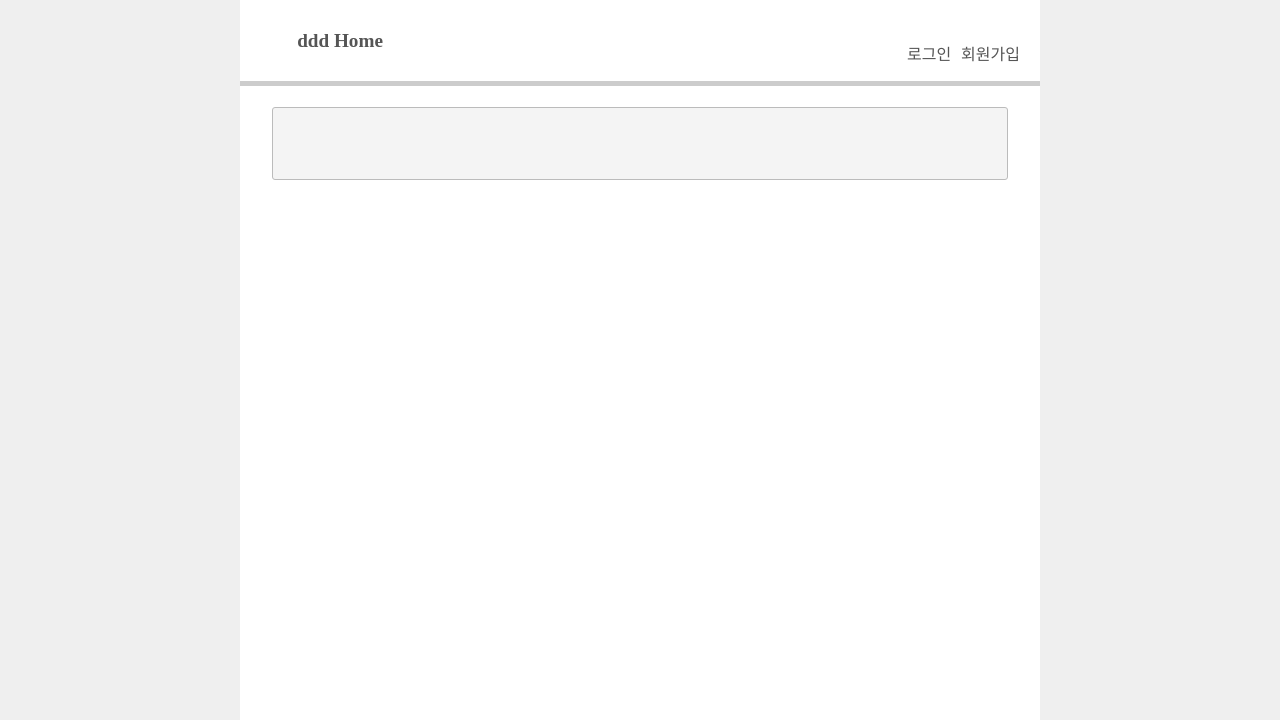
Repository: Deneb0000/JSP
Page: http://localhost/jspPro/days03/ex04.jsp
An editor plug-in stored every save of this project. The page is shown before and after the next save, followed by the edit.
The browser window is 1280 px wide. The pictures show the whole page.
Some web fonts or font styles are not loaded; a fallback is used. The page is served by Tomcat 9. Other server files are loaded and not shown.

Above is the page before, as saved 2024-10-17 05:25:52.

### jspPro/src/main/webapp/days03/ex04.jsp
<%@ page contentType="text/html; charset=UTF-8" pageEncoding="UTF-8"%>
<!DOCTYPE html>
<html>
<head>
<meta charset="UTF-8">
<title>Insert title here</title>
<link rel="shortcut icon" type="image/x-icon" href="http://localhost/jspPro/images/SiSt.ico">
<script src="https://ajax.googleapis.com/ajax/libs/jquery/3.7.1/jquery.min.js"></script>
<meta name="viewport" content="width=device-width, initial-scale=1.0">
<meta name="google" content="notranslate">
<link rel="stylesheet" href="http://localhost/jspPro/resources/cdn-main/example.css">
<script src="http://localhost/jspPro/resources/cdn-main/example.js"></script>
<style>
 span.material-symbols-outlined{
    vertical-align: text-bottom;
 }
</style>
</head>
<body>
<header>
  <h1 class="main"><a href="#" style="position: absolute;top:30px;">ddd Home</a></h1>
  <ul>
    <li><a href="#">로그인</a></li>
    <li><a href="#">회원가입</a></li>
  </ul>
</header>
<div>
  <xmp class="code">

  </xmp>
</div>
</body>
</html>

### jspPro/src/main/webapp/resources/cdn-main/example.css
@charset "UTF-8";

@import url('https://fonts.googleapis.com/css2?family=Material+Symbols+Outlined:opsz,wght,FILL,GRAD@20..48,100..700,0..1,-50..200');

@font-face {
    font-family: 'GmarketSansMedium';
    src: url('https://cdn.jsdelivr.net/gh/projectnoonnu/noonfonts_2001@1.1/GmarketSansMedium.woff') format('woff');
    font-weight: normal;
    font-style: normal;
}

:root {
	--text-color: #555;
	--sub-text-color: #777;
	--back-color: #EFEFEF;
	--header-color: #444;
	--primary-color: #DEDEDE;
	--secondary-color: #EFEFEF;
	--default-width: 800px;
	--narrow-width: 500px;
	--wide-width: 1200px;
	--text-font: 'GmarketSansMedium';
	--icon-font: 'Material Symbols Outlined';
	--border-color: #CCC;
}

html, body {
	margin: 0;
	padding: 0;
}

html {
	background-color: var(--back-color);
	display: flex;
	justify-content: center;
	min-height: 100vh;
}

body, body.default {
	width: var(--default-width);
	background-color: white;
	padding-bottom: 120px;
}

body.wide {
	width: var(--wide-width);
}

body.narrow {
	width: var(--narrow-width);
}



body, p, div, span, a, input, select, option, textarea, button, table, th, td, label, fieldset, legend {
	font-family: var(--text-font);
	color: var(--text-color);
}

h1, h2, h3 {
	font-family: var(--text-font);
	color: var(--header-color);
	padding: 0 1rem;
	padding-top: .5rem;
}

div > h1, div > h2, div > h3 {
	padding: 0;
}

body > div, body > main > div {
	padding: 0.3rem 1rem;
}


h1 { font-size: 2rem; border-bottom: 1px solid var(--border-color); }
h1 small { font-size: 1.2rem; color: var(--sub-text-color); }
h2 { font-size: 1.5rem; border-bottom: 1px dashed var(--border-color); }
h2 small { font-size: 1.1rem; color: --sub-text-color; }
h3 { font-size: 1.2rem; }
h3 small { font-size: 1rem; color: --sub-text-color; }



h1.main::before {
	font-family: var(--icon-font);
  	content: '\e666';
  	margin-right: 10px;
  	float: left;
	font-size: 2.5rem;
}

h1.sub::before {
	font-family: var(--icon-font);
  	content: '\ea19';
  	margin-right: 10px;
  	float: left;
	font-size: 2.5rem;
}


h1.page::before {
	font-family: var(--icon-font);
  	content: '\e0e0';
  	margin-right: 10px;
  	float: left;
	font-size: 2.5rem;
}

body > header > ul > li > .active{
	background-color: #FFF;
	color:#F00;
}

body > header {
	display: flex;
	justify-content: space-between;
	border-bottom: 5px solid var(--border-color);
	min-height: 74px;
	background-color: #FFF;
}

body > header.sticky {
	position: sticky;
	top: 0;
	z-index: 98;
}

body > header > h1 {
	font-size: 1.2rem;
	border: 0;
}

body > header.in > h1::before {
	font-family: var(--icon-font);
  	content: '\e332‥';
  	margin-right: 3px;
  	float: left;
	font-size: 2rem;
}


body > header > ul {
	list-style-type: none;
	display: flex;
	align-items: flex-end;
	margin-right: 10px;
}

body > header > ul > li {
	margin-right: 10px;
	cursor: pointer;
}

body > header > ul > li > a {
	cursor: pointer;
}


form {
	display: block;
}

form > div {
	padding: 0.3rem 1rem;
}

div > form > div {
	padding: 0.3rem 0;
}

input, textarea, button, select {
	border: 1px solid #BBB;
	border-radius: 3px;
	outline: none;
	resize: none;
	padding: 7px;
	margin: 0;
}

input[type=text]:read-only, textarea:read-only {
	cursor: not-allowed;
	background-color: #FFF;
}

input[type=text]:disabled, textarea:disabled {
	cursor: not-allowed;
	background-color: #EEE;
}

input[type=text], input[type=password], textarea, button, select {
	/* width: 300px; */
}

textarea {
	display: block;
	height: 100px;
}

input[type=button], input[type=submit], button {
	/* width: inherit; */
}

input.short, textarea.short, button.short, select.short {
	width: 100px;
}

input.long, textarea.long, button.long, select.long {
	width: 350px;
}

.narrow input.long, .narrow textarea.long, .narrow button.long, .narrow select.long {
	width: calc(100% - 20px);
}

input.full, textarea.full, button.full, select.full {
	width: calc(100% - 20px);
}

textarea.short {
	height: 50px;
}

textarea.long {
	height: 100px;
}

textarea.full {
	height: 200px;
}

input, textarea {
	padding-top: 8px;
}

input[type=button], input[type=submit], button {
	padding: 5px 10px;
	background-color: var(--secondary-color);
	cursor: pointer;
	min-height: 36px;
}

input[type=button].primary, input[type=submit].primary, button.primary {
	/* background-color: rgba(100, 149, 237, .2); */
	background-color: var(--primary-color);
}

input[type=button].primary:hover, input[type=submit].primary:hover, button.primary:hover {
	/* background-color: rgba(100, 149, 237, .3); */
	background-color: var(--secondary-color);
}

input[type=button]:hover, input[type=submit]:hover, button:hover {
	background-color: var(--primary-color);
}

button {
	position: relative;
	left: 0;
	top: 0;
	padding-left: 35px;
}

button .material-symbols-outlined {
	position: absolute;
	left: 10px;
	top: 4px;
}

/* k2nik add */
button.login::before {
	font-family: var(--icon-font);
  	content: '\ea77';
	position: absolute;
	left: 11px;
	top: 4px;
	font-size: 1.25rem;
}

/* k2nik logout */
button.logout::before {
	font-family: var(--icon-font);
  	content: '\e9ba';
	position: absolute;
	left: 11px;
	top: 4px;
	font-size: 1.25rem;
}

/* k2nik help */
button.help::before {
	font-family: var(--icon-font);
  	content: '\f1c0';
	position: absolute;
	left: 11px;
	top: 4px;
	font-size: 1.25rem;
}

button.add::before{
	font-family: var(--icon-font);
  	content: '\e746';
	position: absolute;
	left: 11px;
	top: 4px;
	font-size: 1.25rem;
}

button.back::before {
	font-family: var(--icon-font);
  	content: '\e166';
	position: absolute;
	left: 11px;
	top: 4px;
	font-size: 1.25rem;
}

button.list::before {
	font-family: var(--icon-font);
  	content: '\e0ee';
	position: absolute;
	left: 11px;
	top: 4px;
	font-size: 1.25rem;
}


button.del::before {
	font-family: var(--icon-font);
  	content: '\e872';
	position: absolute;
	left: 11px;
	top: 4px;
	font-size: 1.25rem;
}


button.edit::before {
	font-family: var(--icon-font);
  	content: '\e745';
	position: absolute;
	left: 11px;
	top: 4px;
	font-size: 1.25rem;
}


button.login::before {
	font-family: var(--icon-font);
  	content: '\ea77';
	position: absolute;
	left: 11px;
	top: 4px;
	font-size: 1.25rem;
}


button.logout::before {
	font-family: var(--icon-font);
  	content: '\e9ba';
	position: absolute;
	left: 11px;
	top: 4px;
	font-size: 1.25rem;
}


button.in::before {
	font-family: var(--icon-font);
  	content: '\f71a';
	position: absolute;
	left: 11px;
	top: 4px;
	font-size: 1.25rem;
}


button.out::before {
	font-family: var(--icon-font);
  	content: '\f70e';
	position: absolute;
	left: 11px;
	top: 4px;
	font-size: 1.25rem;
}


button.reply::before {
	font-family: var(--icon-font);
  	content: '\e15e';
	position: absolute;
	left: 11px;
	top: 4px;
	font-size: 1.25rem;
}


button.comment::before {
	font-family: var(--icon-font);
  	content: '\e0b9';
	position: absolute;
	left: 11px;
	top: 4px;
	font-size: 1.25rem;
}


button.modal::before {
	font-family: var(--icon-font);
  	content: '\e89e';
	position: absolute;
	left: 11px;
	top: 4px;
	font-size: 1.25rem;
}


button.ok::before {
	font-family: var(--icon-font);
  	content: '\e86c';
	position: absolute;
	left: 11px;
	top: 4px;
	font-size: 1.25rem;
}


button.cancel::before {
	font-family: var(--icon-font);
  	content: '\e5c9';
	position: absolute;
	left: 11px;
	top: 4px;
	font-size: 1.25rem;
}

button.search::before {
	font-family: var(--icon-font);
  	content: '\e8b6';
	position: absolute;
	left: 11px;
	top: 4px;
	font-size: 1.25rem;
}

button.home::before {
	font-family: var(--icon-font);
  	content: '\e88a';
	position: absolute;
	left: 11px;
	top: 4px;
	font-size: 1.25rem;
}


button.sidebar::before {
	font-family: var(--icon-font);
  	content: '\f7e4';
	position: absolute;
	left: 11px;
	top: 4px;
	font-size: 1.25rem;
}


button.sidebar-right::before {
	font-family: var(--icon-font);
  	content: '\f7e5';
	position: absolute;
	left: 11px;
	top: 4px;
	font-size: 1.25rem;
}




button::before {
	font-family: var(--icon-font);
  	content: '\e323';
	position: absolute;
	left: 11px;
	top: 4px;
	font-size: 1.25rem;
}


table {
	border-collapse: collapse;
	margin: 1rem;
	box-sizing: border-box;
	width: calc(100% - 32px);
}

table.content {
	width: auto;
}

div > table {
	margin: 0;
}

table th, table td {
	border: 1px solid var(--border-color);
	padding: 7px;
	font-weight: normal;
}

table th {
	background-color: var(--back-color);
}

table.vertical th {
	width: 150px;
}

table.vertical td {
	width: calc(100% - 182px);
	padding-left: 10px;
}

table.content td, table.content th {
	width: auto;
}

body.narrow table.vertical th {
	width: 100px;
}

body.narrow table.vertical td {
	width: calc(100% - 182px);
}


table + table {
	margin-top: 30px;
}


p {
	padding: 0 1rem;
}

a {
	text-decoration: none;
}

a:hover {
	color: rgba(255, 99, 71, .7);
}

hr {
	border: 0;
	border-top: 1px solid var(--border-color);
	margin: 2rem 0;
}

.message {
	border: 1px solid var(--border-color);
	background-color: #EFEFEF;
	margin: 1rem;
	width: auto;
	padding-top: 10px;
	padding-bottom: 10px;
	font-size: 14px;
}

.message[title]::before {
	content: attr(title);
	display: block;
	border-bottom: 1px solid var(--border-color);
	padding-bottom: 5px;
	margin-bottom: 10px;
	margin-top: 7px;
}

.message.short {
	max-width: 250px;
}

.message.long {
	max-width: 500px;
}

.badge {
	float: right;
	font-size: .8rem;
	margin-top: 2px;
	margin-right: 2px;
	text-shadow: 0 0 7px gray;
}

.badge.left {
	float: none;
	margin-left: 2px;
}

.badge.right {
	float: right;
}

.badge.red {
	border-radius: 50%;
	padding: 2px 5px;
	background-color: rgb(255, 99, 71, .3);
}

.badge.yellow {

	border-radius: 50%;
	padding: 2px 5px;
	background-color: rgb(255, 215, 0, .5);
}

.badge.blue {
	border-radius: 50%;
	padding: 2px 5px;
	background-color: rgb(100, 149, 237, .3);
}

label + label {
	margin-left: 7px;
}

label input[type=checkbox], label input[type=radio] {
	transform: translate(0, 1px);
}

.group {
	display: flex;
}

.modal-content .group {
	margin-bottom: .5rem;
}

.group label {
	border: 1px solid #BBB;
	border-radius: 3px;
	outline: none;
	resize: none;
	padding: 7px 14px;
	margin: 0;
	border-top-right-radius: 0;
	border-bottom-right-radius: 0;
	background-color: #EFEFEF;
	white-space: nowrap;
	font-size: 14px;
}

.group input[type=text] {
	margin-left: -1px;
	border-top-left-radius: 0;
	border-bottom-left-radius: 0;
}

.group select {
	margin-left: -1px;
	border-top-left-radius: 0;
	border-bottom-left-radius: 0;
}

.group input.full[type=text] {
	margin-left: -1px;
	border-top-left-radius: 0;
	border-bottom-left-radius: 0;
	width: 100%;
}

.group input[type=button]:first-child, .group button:first-child {
	border-top-left-radius: 3px;
	border-bottom-left-radius: 3px;
	margin-left: 0px;
}

.group input[type=button], .group button {
	border-radius: 0;
	margin-left: -1px;
}

.group input[type=button]:last-child, .group button:last-child {
	margin-left: -1px;
	border-top-right-radius: 3px;
	border-bottom-right-radius: 3px;
}

.seperate {
	display: flex;
	justify-content: space-between;
}

div.list {
	width: max-content;
	margin: 1rem;
	border: 1px solid #BBB;
	border-radius: 3px;
	padding: 0;
}

div.list.full {
	width: auto;
	display: block;
	margin: 1rem;
	border: 1px solid #BBB;
	border-radius: 3px;
	padding: 0;
}

div.list > div {
	padding: .5rem 1rem;
	margin: 0;
	border-bottom: 1px solid #BBB;
}

div.list > div:last-child {
	border-bottom: 0;
}

pre.code , xmp.code{
	font-family: consols;
	background-color: rgba(150, 150, 150, .1);
	border: 1px solid #BBB;
	border-radius: 3px;
	padding: .5rem 1rem;
	padding-bottom: .6rem;
	margin: 1rem;
}




*[data-modal-window] {
	position: fixed;
	background-color: rgba(0, 0, 0, .3);
	left: 0;
	top: 0;
	display: none;
	justify-content: center;
	align-items: flex-start;
	width: 100%;
	min-height: 100vh;
	z-index: 100;
	opacity: 0;
	transition: 500ms all;
}

*[data-modal-window] .modal-container {
	border-radius: 5px;
	padding: 1rem;
	padding-bottom: .5rem;
	margin-top: -500px;
	opacity: 0;
	width: 500px;
	background-color: #FFF;
	margin-right: 2rem;
	transition: 500ms all;
}

*[data-modal-size=content] .modal-container {
	width: auto;
}

*[data-modal-size=narrow] .modal-container {
	width: 300px;
}

*[data-modal-size=wide] .modal-container {
	width: 760px;
}


*[data-modal-window] .modal-header {
	border-bottom: 1px solid var(--border-color);
	padding: 2px 5px;
}

*[data-modal-window] .modal-content {
	padding: 1rem 5px;
}

*[data-modal-window] .modal-content div:last-child {
	margin-top: 1rem;
	text-align: right;
}



*[data-sidebar-window] {
	position: fixed;
	background-color: #FFF;
	left: 0;
	top: 0;
	display: block;
	width: 300px;
	border-right: 1px solid var(--border-color);
	box-sizing: border-box;
	box-shadow: 0 0 3px var(--back-color);
	min-height: 100vh;
	z-index: 99;
	transform: translate(-300px, 0);
	transition-duration: 500ms;
	transition-property: transform;
}

*[data-sidebar-direction=right] {
	left: auto;
	right: 0;
	transform: translate(300px, 0);
	border-left: 1px solid var(--border-color);
}

*[data-sidebar-size=wide] {
	width: 500px;
	transform: translate(-500px, 0);
}

*[data-sidebar-window] .sidebar-title {
	border-bottom: 1px solid var(--border-color);
	margin-top: 20px;
	margin-bottom: 20px;
	padding-bottom: 5px;
	display: flex;
	justify-content: space-between;
}

*[data-sidebar-window] .sidebar-title span:last-child {
	cursor: pointer;
}


/* K2Nik pagination */
.center {
  text-align: center;
}

.pagination {
  display: inline-block;
}

.pagination a {
  color: black;
  float: left;
  padding: 3px 6px;
  text-decoration: none;
  transition: background-color .3s;
  border: 1px solid #ddd;
  margin: 0 3px;
}

.pagination a.active {
  background-color: #4CAF50;
  color: white;
  border: 1px solid #4CAF50;
}

.pagination a:hover:not(.active) {background-color: #ddd;}

### jspPro/src/main/webapp/resources/cdn-main/example.js

window.onload = () => {

    const list = document.querySelectorAll('input, textarea');

    list.forEach(item => {
        item.setAttribute('autocomplete', 'off');
    });


    const modal_btn_list = document.querySelectorAll('*[data-modal-button]');

    modal_btn_list.forEach(item => {
        item.onclick = function() {

            const name = this.dataset['modalButton'];
            const modal_window = document.querySelector('*[data-modal-window=' + name);

            const container = document.createElement('div');
            container.className = 'modal-container';



            const modal_header = document.createElement('div');
            modal_header.textContent = modal_window.dataset['modalTitle'];
            modal_header.className = 'modal-header';
            container.appendChild(modal_header);

            const modal_content = document.createElement('div');
            modal_content.className = 'modal-content';
            container.appendChild(modal_content);

            Array.from(modal_window.childNodes).forEach(item => {
                modal_content.appendChild(item);
            });

            modal_window.appendChild(container);

            modal_window.style.display = 'flex';

            setTimeout(() => {
                modal_window.style.opacity = 1;
                container.style.marginTop = '20px';
                container.style.opacity = 1;
            }, 50);


            const modal_ok = document.querySelector('*[data-modal-ok=' + name);
            modal_ok.addEventListener('click', function() {
                modal_window.style.opacity = 0;
                container.style.marginTop = '-500px';
                container.style.opacity = 0;

                setTimeout(() => {
                    modal_window.innerHTML = modal_content.innerHTML;
                    modal_window.style.display = 'none';
                }, 500);

            });

            const modal_cancel = document.querySelector('*[data-modal-cancel=' + name);
            modal_cancel.addEventListener('click', function() {

                modal_window.style.opacity = 0;
                container.style.marginTop = '-500px';
                container.style.opacity = 0;

                setTimeout(() => {
                    modal_window.innerHTML = modal_content.innerHTML;
                    modal_window.style.display = 'none';
                }, 500);
            });


        };
    });


    const sidebar_btn_list = document.querySelectorAll('*[data-sidebar-button]');

    sidebar_btn_list.forEach(item => {
        item.onclick = function() {



            const name = this.dataset['sidebarButton'];
            const sidebar_window = document.querySelector('*[data-sidebar-window=' + name);

            if (sidebar_window.style.transform == 'translate(0px, 0px)') return;



            sidebar_window.style.transform = 'translate(0, 0)';

            const sidebar_title = document.createElement('div');
            sidebar_title.className = 'sidebar-title';
            sidebar_title.innerHTML = '<span>' + sidebar_window.dataset['sidebarTitle'] + '</span><span class="material-symbols-outlined">close</span>';

            sidebar_title.children[1].onclick = function() {

                let sign = 1;
                let distance = 300;

                if (sidebar_window.dataset['sidebarDirection'] != 'right') {
                    sign = -1;
                } else {
                    sign = 1;
                }

                if (sidebar_window.dataset['sidebarSize'] != 'wide') {
                    distance = 300;
                } else {
                    distance = 500;
                }

                distance *= sign;

                sidebar_window.style.transform = 'translate(' + distance + 'px, 0)';

                setTimeout(function() {
                    sidebar_window.removeChild(sidebar_window.children[0]);
                }, 500);
            };


            sidebar_window.prepend(sidebar_title);

        }
    });

};

// window.onkeydown = function(event) {

//     if (event.keyCode == 27) {
//         if (document.querySelector('[data-modal-window').style.display == 'flex') {
//             document.querySelector('[data-modal-window').style.display = 'none';
//         }
//     }

// };

After the next save:
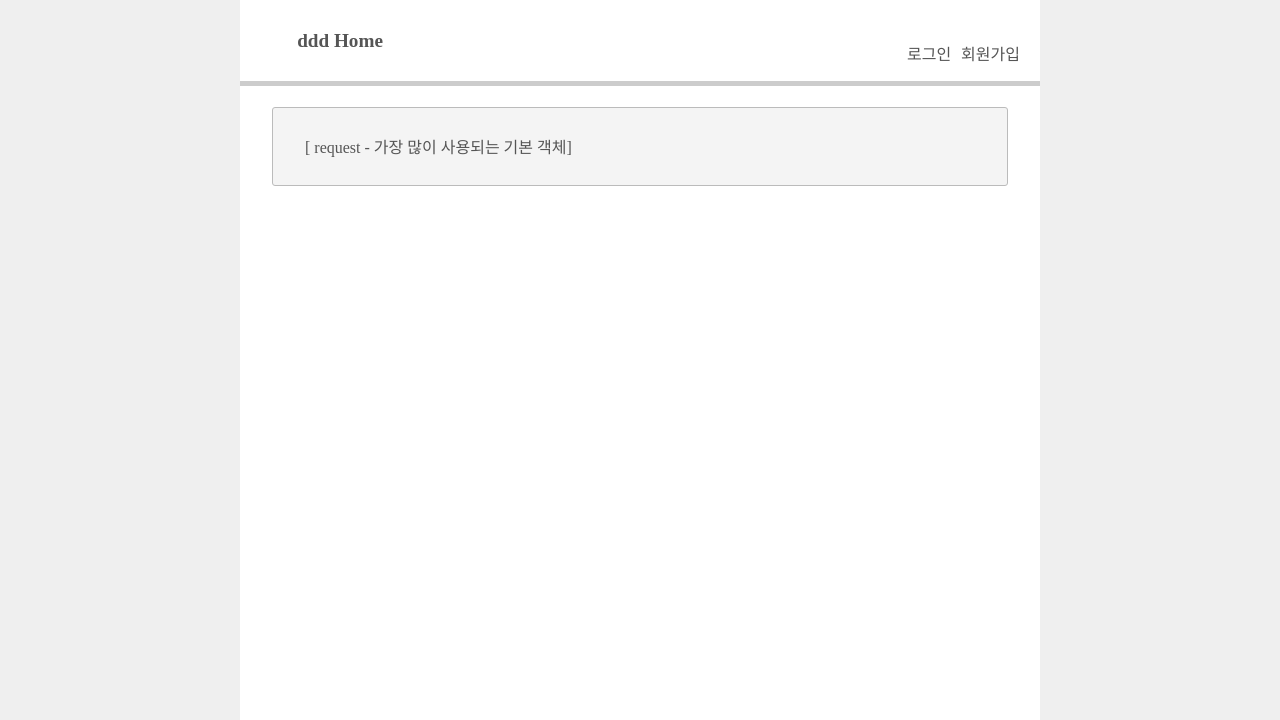
Saved 54 s later.
--- a/jspPro/src/main/webapp/days03/ex04.jsp
+++ b/jspPro/src/main/webapp/days03/ex04.jsp
@@ -26,7 +26,7 @@
 </header>
 <div>
   <xmp class="code">
-
+    [ request - 가장 많이 사용되는 기본 객체]
   </xmp>
 </div>
 </body>
